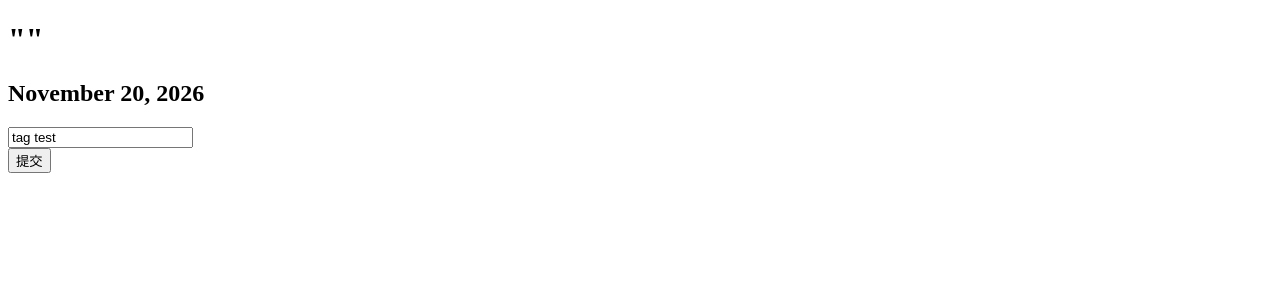
Repository: luckybright/springmvc
Page: http://localhost/springmvc/jsp/echo.jsp
The author's editor kept a copy of each file at every save. The page is drawn from the files as they stood at one save, then again after the next save.
The browser window is 1280 px wide. The pictures show the whole page.
The page is served by Tomcat 9. Nobody is signed in. The application's start-up code is not run.

Above is the page before, as saved 2014-04-24 06:01:15.

After the next save:
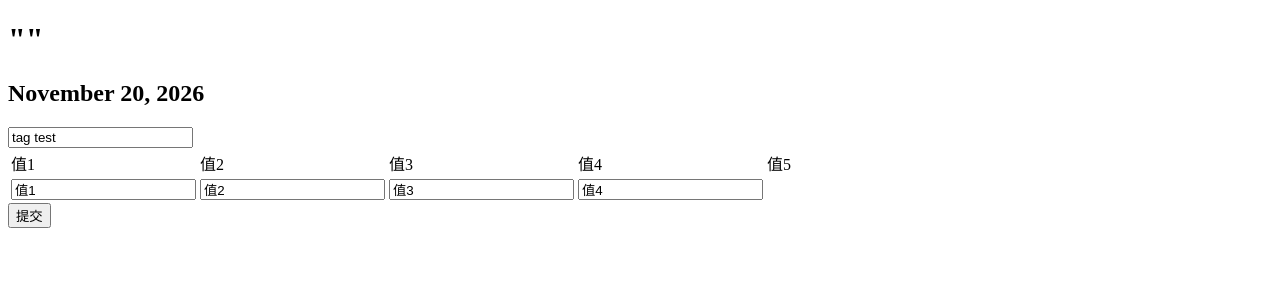
Saved 23 min 45 s later.
--- a/springmvc/WebContent/jsp/echo.jsp
+++ b/springmvc/WebContent/jsp/echo.jsp
@@ -13,7 +13,16 @@
 <site-utils:textInput/>
 <div class="tableForm">
 <form action="product/tableform.cmd" method="post">
-<span></span>
+<input type="hidden" name="formType" value="tableForm">
+<table>
+<thead><tr><td>值1</td><td>值2</td><td>值3</td><td>值4</td><td>值5</td></tr></thead>
+<tbody><tr>
+<td><input name="value1" value="值1"></td>
+<td><input name="value2" value="值2"></td>
+<td><input name="value3" value="值3"></td>
+<td><input name="value4" value="值4"></td>
+</tr></tbody>
+</table>
 <input type="submit" value="提交">
 </form>
 </div>
